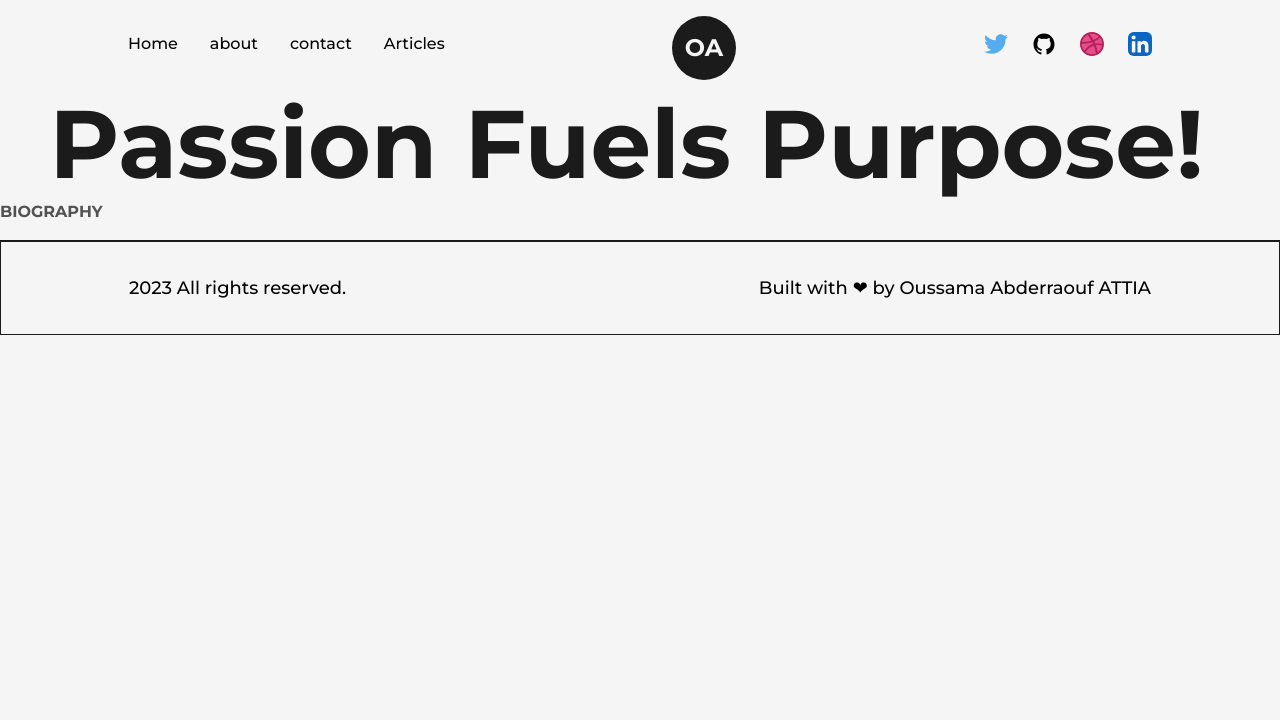
Repository: OussamaAbderraoufAttia/Next.js-Developer-Portfolio
Page: /About
These files come from the project's save history. The page is drawn as it stood at one moment and after the next save; the edit follows.
The browser window is 1280 px wide. The pictures show the whole page.
The project was rebuilt for these pictures with package versions that can differ from the ones it lists, and the page was loaded fresh each time. The framework's server and built-in components were replaced by stand-ins that run in the browser. Also part of the build but not shown: next.config.js.

Above is the page before, as saved 2023-06-27 16:41:49.

After the next save:
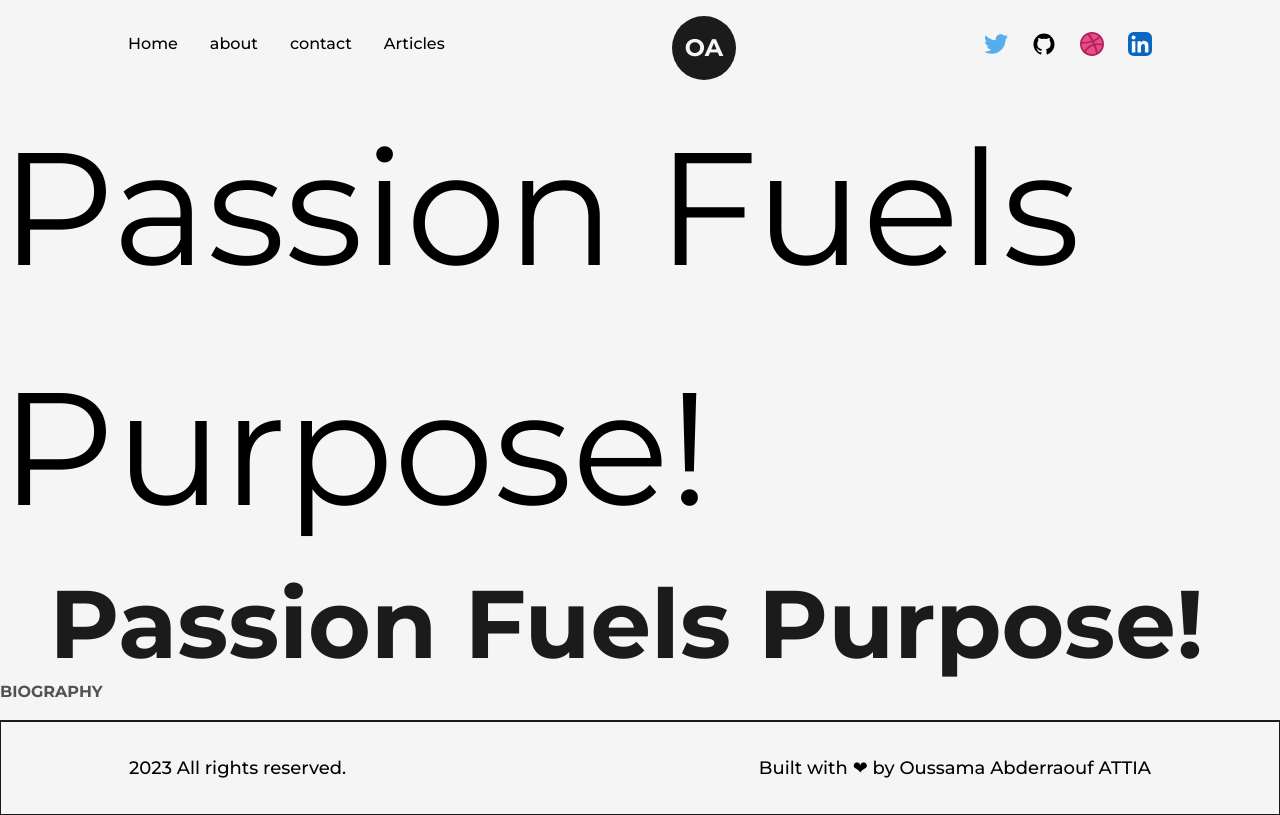
Saved 119 s later.
--- a/src/pages/About.js
+++ b/src/pages/About.js
@@ -12,7 +12,12 @@
         </Head>
         <main className='flex w-full flex-col item-center justify-center'>
             <Layout className='pt-16'>
-                <AnimatedText text='Passion Fuels Purpose!' className='text-2xl'/>
+                <h1 style={{
+                    fontSize: '10rem',
+                }}>
+                    Passion Fuels Purpose!
+                </h1>
+                <AnimatedText text='Passion Fuels Purpose!' />
                 <div className='grid w-full grid-cols-8 gap-16'>
                     <div>
                         <h2 className='mb-4 text- font-bold uppercase text-dark/75'>
